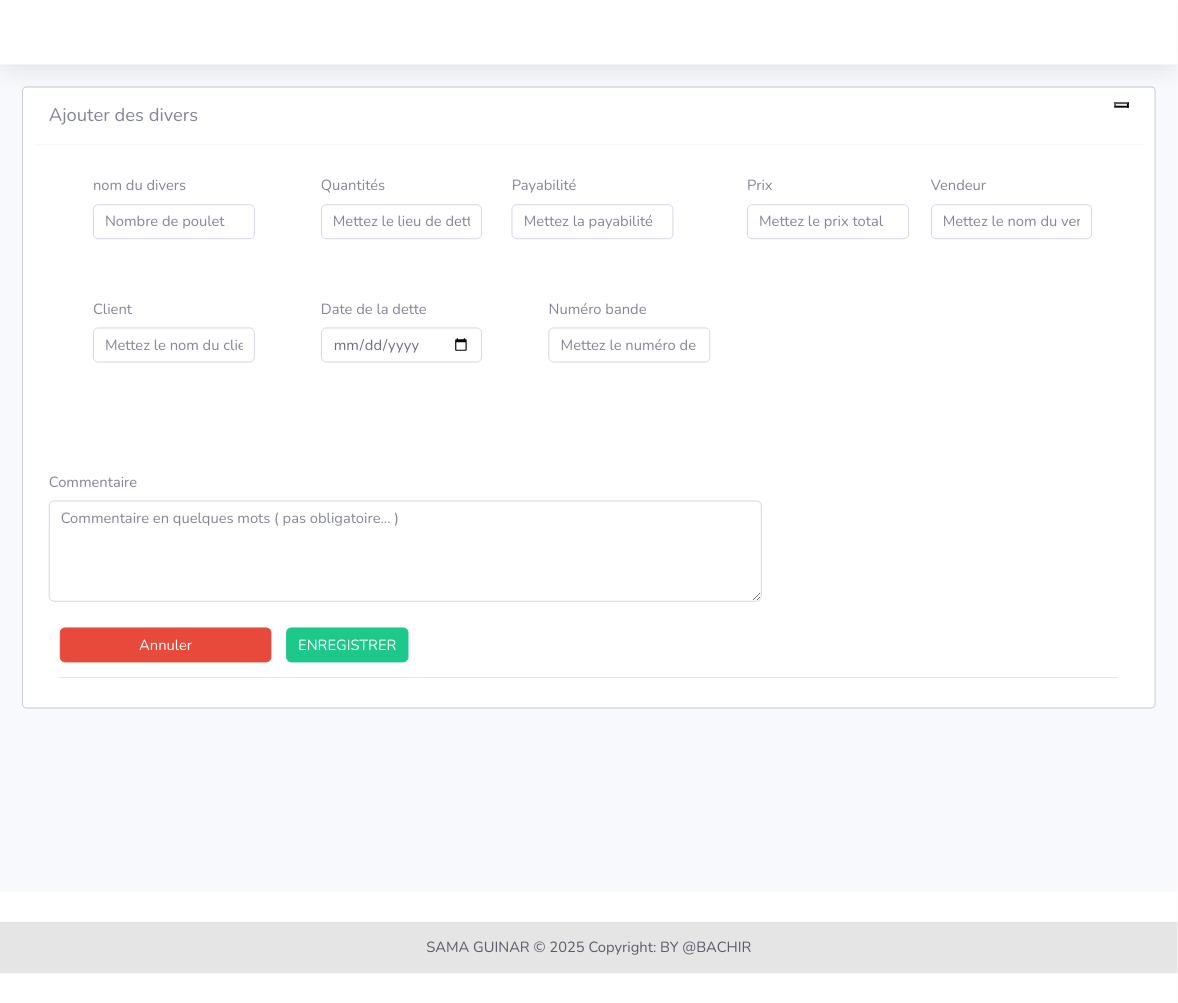
Repository: bachirNdiaye1996/elevage
Page: http://localhost/Divers/ajouterdiversFormulaire.php
An editor plug-in stored every save of this project. The page is shown before and after the next save, followed by the edit.
The browser window is 1280 px wide. The pictures show the whole page, at 92% of full size.
The page is run by PHP 8.4 with error messages shown; the project is at /var/www/html/. The session is filled in as if someone had signed in: {"id": 1, "nomcomplet": "Test User", "numTelephone": 1, "username": "testuser", "email": "test@example.com", "user": "testuser"}.

Above is the page before, as saved 2025-07-01 09:54:57.

After the next save:
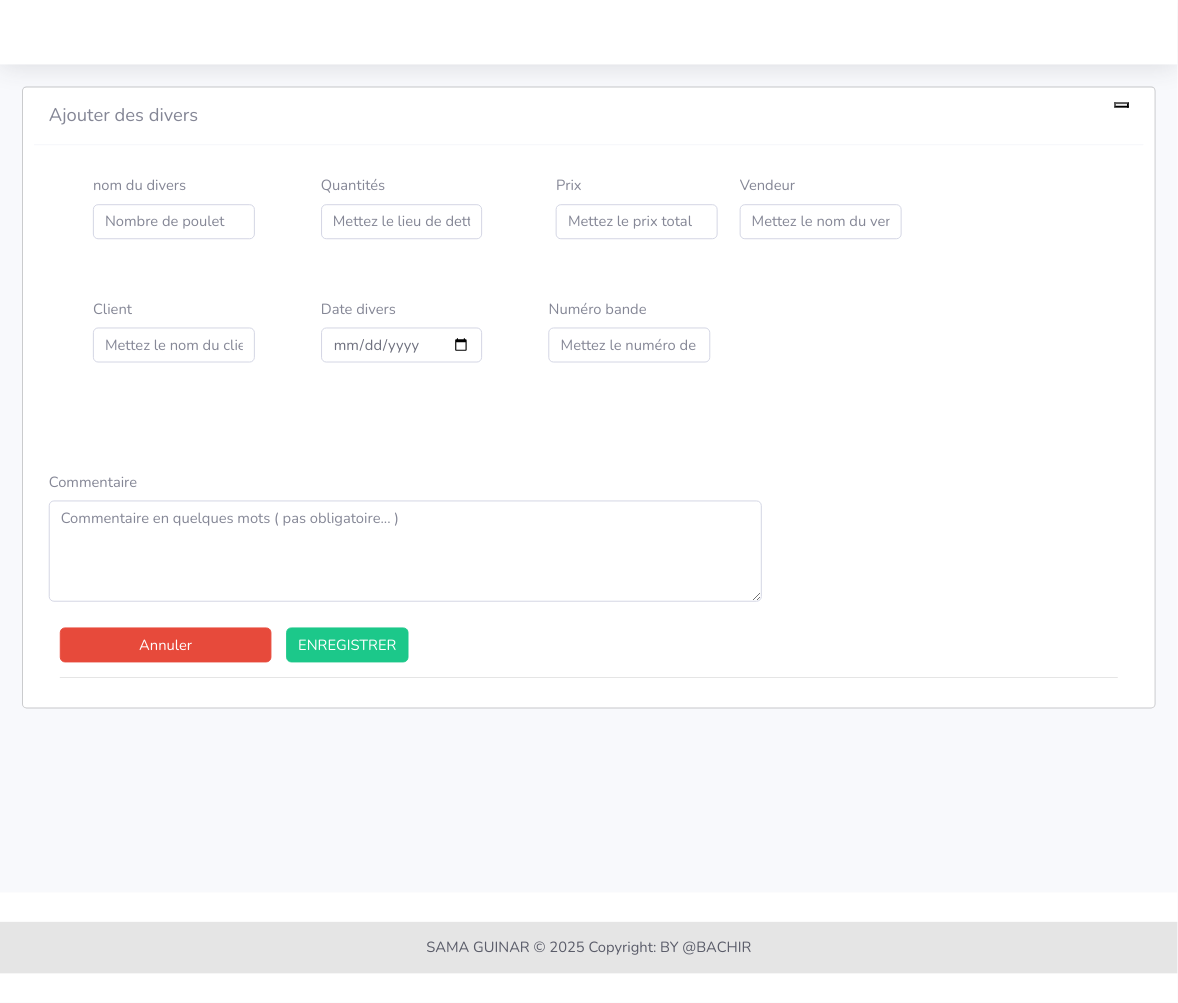
Saved 41 s later.
--- a/Divers/ajouterdiversFormulaire.php
+++ b/Divers/ajouterdiversFormulaire.php
@@ -113,12 +113,6 @@
                                                         <input class="form-control" type="text" name="quantite" value="" id="validationDefault02" required placeholder="Mettez le lieu de dette">
                                                     </div>
                                                 </div>
-                                                <div class="col-md-2 mr-2 mt-3">
-                                                    <div class="mb-1 text-start">
-                                                        <label class="form-label fw-bold" for="nom">Payabilité</label>
-                                                        <input class="form-control" type="text" name="paye" value="" id="validationDefault02" required placeholder="Mettez la payabilité">
-                                                    </div>
-                                                </div>
                                                 <div class="col-md-2 ml-5 mt-3">
                                                     <div class="mb-1 text-start">
                                                         <label class="form-label fw-bold" for="nom">Prix</label>
@@ -139,7 +133,7 @@
                                                 </div>
                                                 <div class="col-md-2 mt-3 ml-5 mb-5">
                                                     <div class="mb-1 text-start">
-                                                        <label class="form-label fw-bold" for="nom">Date de la dette</label>
+                                                        <label class="form-label fw-bold" for="nom">Date divers</label>
                                                         <input class="form-control" type="date" name="datedette" value="" id="validationDefault25" required>
                                                     </div>
                                                 </div>
